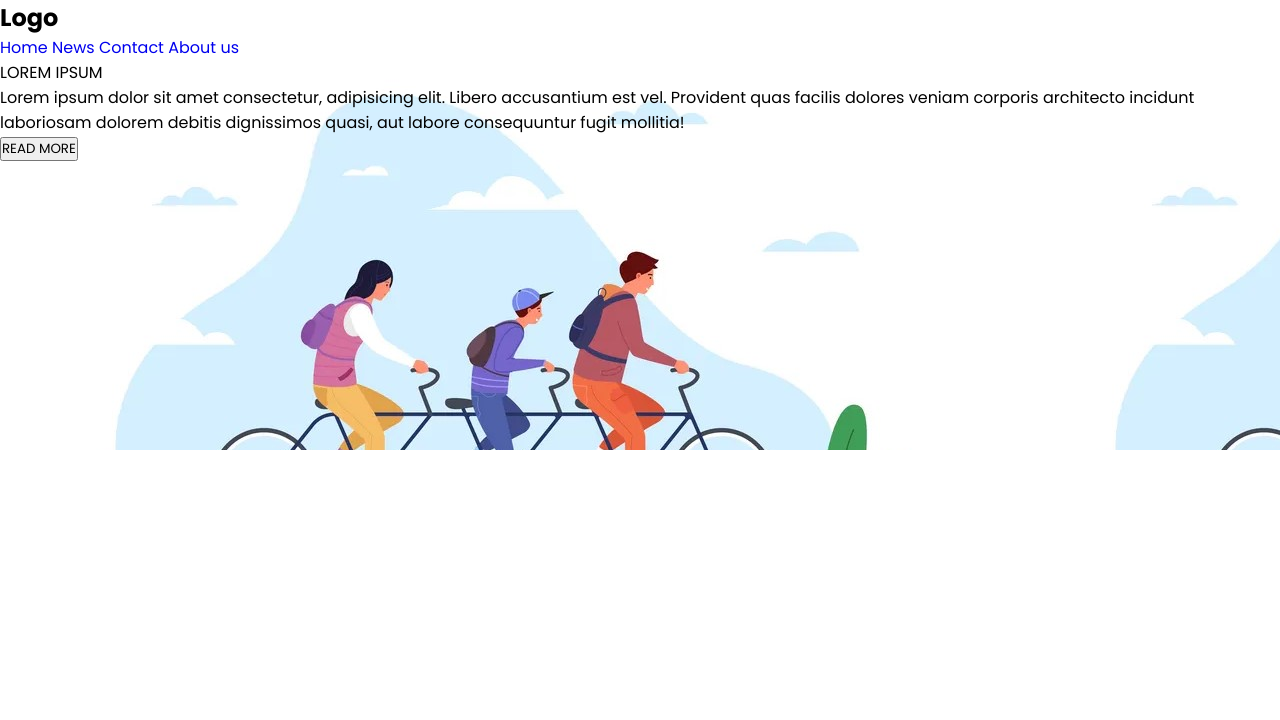
Repository: nganha241/1806
Page: index.html
An editor plug-in stored every save of this project. The page is shown before and after the next save, followed by the edit.
The browser window is 1280 px wide. The pictures show the whole page.

Above is the page before, as saved 2022-06-18 15:30:15.

### index.html
<!DOCTYPE html>
<html lang="en">
  <head>
    <meta charset="UTF-8" />
    <meta http-equiv="X-UA-Compatible" content="IE=edge" />
    <meta name="viewport" content="width=device-width, initial-scale=1.0" />
    <title>Document</title>
    <link rel="stylesheet" href="style.css" />
  </head>
  <body>
    <section>
      <header>
        <div class="logo">
          <h2>Logo</h2>
        </div>
        <div class="navigation">
          <a href="#">Home</a>
          <a href="#">News</a>
          <a href="#">Contact</a>
          <a href="#">About us</a>
        </div>
      </header>
      <div class="content">
        <div class="title">LOREM IPSUM</div>
        <p>
          Lorem ipsum dolor sit amet consectetur, adipisicing elit. Libero
          accusantium est vel. Provident quas facilis dolores veniam corporis
          architecto incidunt laboriosam dolorem debitis dignissimos quasi, aut
          labore consequuntur fugit mollitia!
        </p>
        <button class="btn-more">READ MORE</button>
      </div>
    </section>
  </body>
</html>

### style.css
@import url('https://fonts.googleapis.com/css2?family=Poppins:wght@300;400;500;600;700;800;900&display=swap');

* {
    box-sizing: border-box;
    padding: 0;
    margin: 0;
    font-family: 'Poppins', sans-serif;
}

a {
    text-decoration: none;
}

section {
    width: 100%;
    min-height: 450px;
    background: url('./bg.jpg');
}

After the next save:
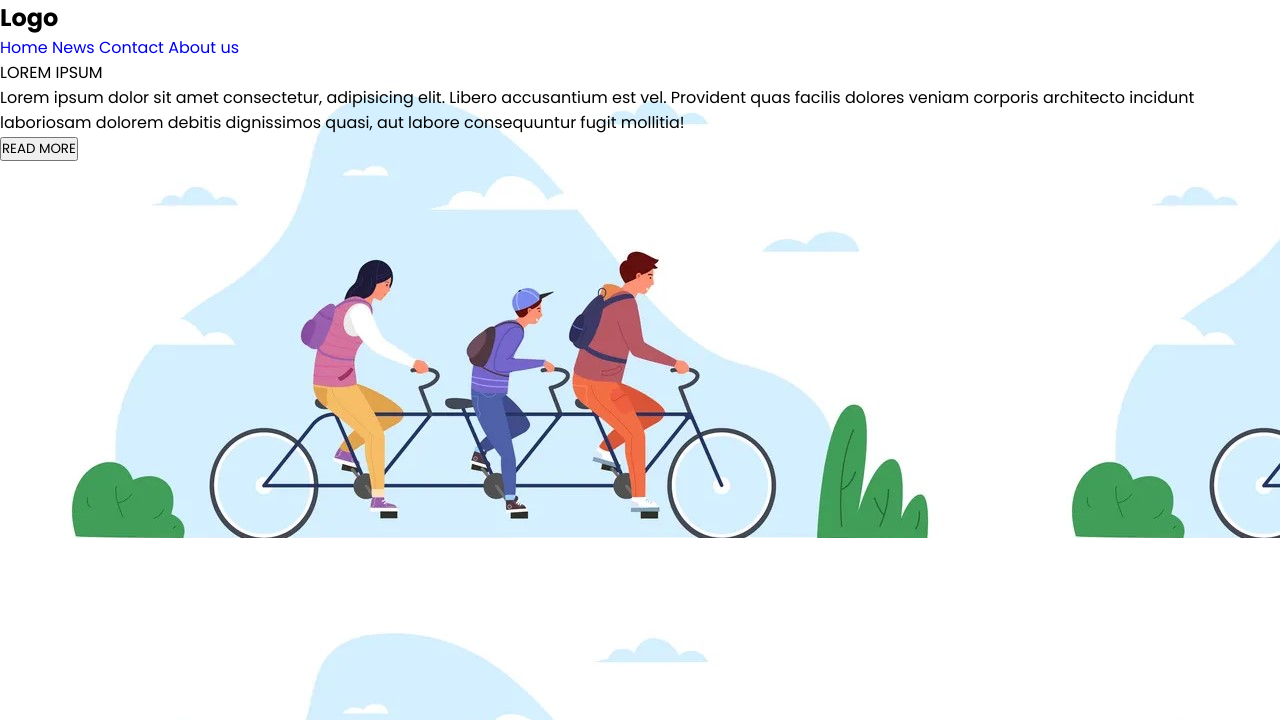
Saved 19 s later.
--- a/style.css
+++ b/style.css
@@ -13,6 +13,6 @@ a {
 
 section {
     width: 100%;
-    min-height: 450px;
+    min-height: 100vh;
     background: url('./bg.jpg');
 }
